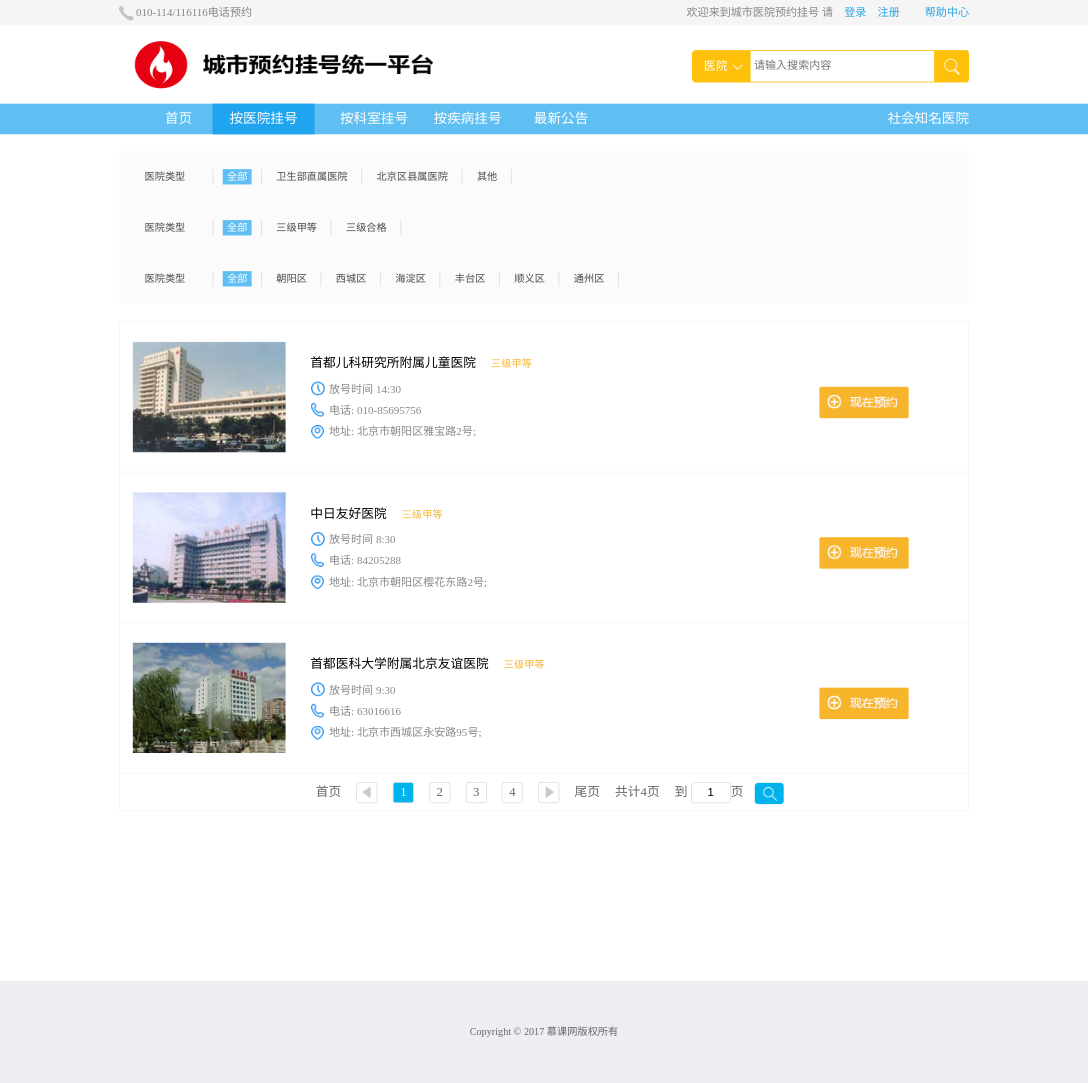
Repository: ScarApocalypse/study
Page: 挂号平台/hospital_detail.html
These files come from the project's save history. The page is drawn as it stood at one moment and after the next save; the edit follows.
The browser window is 1280 px wide. The pictures show the whole page, at 85% of full size.

Above is the page before, as saved 2019-01-22 21:34:04.

### 挂号平台/hospital_detail.html
<!DOCTYPE html>
<html lang="en">

<head>
    <meta charset="UTF-8">
    <title>城市预约挂号</title>
    <link rel="stylesheet" href="css/layout.css">
    <link rel="stylesheet" type="text/css" href="css/base.css">
    <link rel="stylesheet" type="text/css" href="css/ui.css">
    <link rel="stylesheet" href="css/hosptial.css">
    <script type="text/javascript" src="js/jquery-1.7.1.min.js"></script>
    <script type="text/javascript" src="js/data.js"></script>
    <script src="js/hosptial.js"></script>
</head>

<body>
    <!-- 顶部区域 -->
    <div id="top" class="top">
        <div class="wrap">
            <p class="call">010-114/116116电话预约</p>
            <p class="welcome">欢迎来到城市医院预约挂号&nbsp;请&nbsp;<a href="#">登录</a>
                <a href="#">注册</a>
                &nbsp;&nbsp;&nbsp;&nbsp;
                <a href="#">帮助中心</a>
            </p>

        </div>
    </div>
    <!-- 头部区域 -->
    <div id="header" class="header">
        <div class="wrap">
            <a href="index.html" class="logo">
                <img src="img/logo.png">
            </a>
            <div class="search ui-search">
                <div class="ui-search-selected">医院</div>
                <div class="ui-search-selected-list">
                    <a href="#">科室</a>
                    <a href="#">疾病</a>
                    <a href="#">医院</a>

                </div>
                <input class="ui-search-input" type="text" name="search-content" placeholder="请输入搜索内容">
                <a href="#" class="ui-search-submit"></a>
            </div>
        </div>
    </div>
    <!-- 导航栏区域 -->
    <div id="nav" class="nav">
        <div class="wrap">
            <a href="index.html" class="link">首页</a>
            <a href="hosptial.html" class="link link_focus">按医院挂号</a>
            <a href="#" class="link">按科室挂号</a>
            <a href="#" class="link">按疾病挂号</a>
            <a href="#" class="link">最新公告</a>
            <a href="#" class="link right">社会知名医院</a>
        </div>
    </div>
    <!-- 筛选区域 -->
    <div id="filter" class="filter wrap">
        <!-- 标题区域 -->
        <div class="group">
            <div class="caption">
                医院类型
                <a href="#" class="condition condition_focus">全部</a>

            </div>
            <a href="#" class="condition">卫生部直属医院</a>
            <a href="#" class="condition">北京区县属医院</a>
            <a href="#" class="condition">其他</a>
        </div>
        <div class="group">
            <div class="caption">
                医院类型
                <a href="#" class="condition condition_focus">全部</a>

            </div>
            <a href="#" class="condition">卫生部直属医院</a>
            <a href="#" class="condition">北京区县属医院</a>
            <a href="#" class="condition">其他</a>
        </div>
        <div class="group">
            <div class="caption">
                医院类型
                <a href="#" class="condition condition_focus">全部</a>

            </div>
            <a href="#" class="condition">卫生部直属医院</a>
            <a href="#" class="condition">北京区县属医院</a>
            <a href="#" class="condition">其他</a>
        </div>

    </div>
    <!-- 列表区域 -->
    <!-- 列表模板 -->
    <script type="text/template" id="template_datalist_ite">
        <div class="item">
            <div class="cover"><img src="[imgUrl]" alt=""></div>
            <div class="name">
                [name]
                <span class="level">[level]</span>
            </div>
            <div class="time">放号时间 [time]</div>
            <div class="phone">电话: [phone]</div>
            <div class="address">地址: [address];</div>
            <a href="#" class="button">&nbsp;</a>
        </div>
    </script>
    <div class="datalist wrap">
        <div class="item">
            <div class="cover"><img src="img/hospital-1.jpg" alt=""></div>
            <div class="name">
                首都医科大学附属北京同仁医院
                <span class="level">三级甲等</span>
            </div>
            <div class="time">放号时间 8:30</div>
            <div class="phone">电话: 010-1234567</div>
            <div class="address">地址:北京市东城区东交民巷1号(西区);</div>
            <a href="#" class="button">&nbsp;</a>
        </div>
        <div class="item">
            <div class="cover"><img src="img/hospital-1.jpg" alt=""></div>
            <div class="name">
                首都医科大学附属北京同仁医院
                <span class="level">三级甲等</span>
            </div>
            <div class="time">放号时间 8:30</div>
            <div class="phone">电话: 010-1234567</div>
            <div class="address">地址:北京市东城区东交民巷1号(西区);</div>
            <a href="#" class="button">&nbsp;</a>
        </div>
        <div class="item">
            <div class="cover"><img src="img/hospital-1.jpg" alt=""></div>
            <div class="name">
                首都医科大学附属北京同仁医院
                <span class="level">三级甲等</span>
            </div>
            <div class="time">放号时间 8:30</div>
            <div class="phone">电话: 010-1234567</div>
            <div class="address">地址:北京市东城区东交民巷1号(西区);</div>
            <a href="#" class="button">&nbsp;</a>
        </div>
    </div>
    <!-- 分页区域 -->
    <div class="pagination wrap">
        <a href="#0" class="item item_text item_first">首页</a>
        <a href="#0" class="item item_icon item_prev">&nbsp;</a>
        <span class="page_wrap">
            <a href="#1" class="item item_page">1</a>
            <a href="#1" class="item item_page item_page_focus">2</a>
            <a href="#1" class="item item_page">3</a>
        </span>
        <a href="#0" class="item item_icon item_next">&nbsp;</a>
        <a href="#0" class="item item_text item_last">尾页</a>
        <a href="#0" class="item item_count">共计3页</a>
        <span href="#0" class="item item_text">到
            <input type="text" class="input_page" name="input_page" value="1">页
            <input type="button" class="input_submit" value="">

        </span>

    </div>
    <!-- 页脚区域 -->
    <div id="footer" class="footer">
        Copyright &copy 2017 慕课网版权所有
    </div>
    <!-- 回到顶部 -->
    <!-- <a class="go-top" href="#"></a> -->
    <script type="text/javascript" src="js/ui.js"></script>
</body>

</html>

### 挂号平台/css/layout.css
*{
	margin:0;
	padding:0;
}
.clearfix:after{
	content:' ';
	display: block;
	height:0;
	line-height: 0;
	clear:both;
	zoom:1;
}
.wrap{
	width: 1000px;
	margin:0 auto;
	position: relative;
}
.top{
	height: 30px;
	background-color:#f5f5f5;
}
.header{
	height: 92px;
}
.nav{
	height: 36px;
	background-color:#60bff2;
}
.banner{
	width: 802px;
	margin:0 auto;
	height: 414px;
	padding:9px 0 0 198px;
}
.banner-slider{
	float: left;
	width: 544px;
	height: 414px;
	background-color: #8edff3;
}
.banner-search{
	float:right;
	width:250px;
	height:255px;
	background-color: #eee;
}
.banner-help{
	float: right;
	width: 250px;
	height: 146px;
	background-color: #ccc;
	margin-top:12px;
}
.content{
	padding:10px 0 38px 0;
}
.content-tab{
	float: left;
	width: 742px;
	height: 490px;
	background-color: #eee;
}
.content-close,
.content-news{
	float: right;
	width: 248px;
	height: 236px;
	border:1px solid #ccc;
}
.content-close{
	margin-top:12px;
	border-color:red;
}
.footer{
	height:70px;
	padding:25px;
	background-color: #eceef2;
}

### 挂号平台/css/base.css
p{
	display: inline-block;
}
a{
	text-decoration: none;
}
select,input{
	border:none;
	outline:none;
}
img{
	display: block;
}
/*top样式*/
.top{
	line-height: 30px;
	font-size:13px;
	color:#868686;
}
.top .call{
	float:left;
	padding-left:20px;
	background:url(../img/icon-call.png) no-repeat center left;
}
.top .welcome{
	float: right;
}
.top a{
	color:#2da5e1;
	padding-left:10px;
}
/*header样式*/
.header .logo{
	width: 402px;
	height: 74px;
	padding:9px 0;
	display: inline-block;
}
.header .logo img{
	width: 100%;
	height: 100%;
}
.header .search{
	width: 326px;
	height: 38px;
	position: absolute;
	right:0;
	top:29px;
	background-color: orange;
}
/*nav样式*/
.nav .link{
	display: inline-block;
	float:left;
	padding-left:30px;
	line-height: 36px;
	color:#fff;
	font-size:16px;
	min-width:80px;
	text-align: center;
}
.nav .right{
	float:right;
}
.nav .link_focus{
	color:#fff;
	background-color:#1fa4f0;
	padding:0 20px;
}
.nav a:hover{
	color:#d7f3ff;
}
.nav .menu{
	width: 130px;
	padding-right: 30px;
	background-color: #1fa4f0;
	position: relative;

}
.nav .menu .menu-list{
	position: absolute;
	background-color: #1fa4f0;
	width: 100%;
	height: 423px;
	left: 0;
	top:36px;

}
/*banner内样式*/
.banner-search{
	background-color: #fafafa
}
.banner-help .caption,
.banner-search .caption{
	height: 22px;
	padding:15px 0 15px 0;
	text-align: center;
}
.banner-help .caption .text,
.banner-search .caption .text{
	display: inline-block;
	height: 22px;
	line-height: 22px;
	padding-left:28px;
	color:#fec009;
	font-size:16px;
	background: url(../img/icon-help.png) no-repeat 0 0;
}

.banner-search .form{
	height: 150px;
}
.banner-search .form .line{
	padding-bottom:9px;
	text-align: center;
}
.banner-search .form .line select{
	width: 170px;
	font-size:12px;
	z-index:0;
	border:1px solid #dcdddd;
	height: 26px;
	line-height: 26px;
	padding:2px 0;
	border-radius: 5px;
	color:#666;
}
.banner-search .submit{
	height: 32px;
	text-align: center;
}
.banner-search .submit .button{
	width: 108px;
	height: 32px;
	background-color: #f3cd09;
	font-size: 14px;
	color:#fff;
	border-radius: 3px;
	cursor: pointer;
}
.banner-help{
	background-color: #fafafa;
}
.banner-help .caption .text{
	color:#00b3ea;
	background-position: 0 -23px;
}
.banner-help .link{
	color:#00b3ea;
	display: inline-block;
	width: 86px;
	height: 26px;
	line-height: 26px;
	font-size:14px;
	text-align: center;
	padding:0 0 8px 26px;
}
/*content样式*/

/*content新闻和停诊样式*/
.content-close,
.content-news{
	background-color:#fff;
	border:1px solid #f4f6fa;
}
.content-close .caption,
.content-news .caption{
	height:38px;
	line-height: 38px;
	background-color: #f4f6fa;
	text-indent:20px;
	color:#fec009;
	font-size:15px;
}
.content-close .more,
.content-news .more{
	float: right;
	padding-right: 22px;
	font-size:12px;
	color:#868686;
}
.content-close .list,
.content-news .list{
	padding: 15px 20px 13px 35px;
	line-height: 29px;
	font-size:12px;
	background: url(../img/list-yellow.jpg) 15px 22px no-repeat;
}
.content-close .list .link,
.content-news .list .link{
	display: block;
	color:#969696;
}

.content-close .caption{
	color:#4ab4ed;
}
.content-close .list{
	background: url(../img/list-blue.jpg) 15px 22px no-repeat;

}
/*tab样式*/
.content-tab{
	background: none;
}
.content-tab .caption{
	height: 34px;
	line-height: 34px;
	background-color: #f5f6fa;
}
.content-tab .caption .item{
	display: block;
	width: 112px;
	height: 34px;
	text-align: center;
	float: left;
	color:#00b3ea;
}
.content-tab .caption .item_focus{
	background-color: #60bff2;
	color:#fff;
}
.content .block{
	border:1px solid #f4f6fa;
	height: 452px;
}
.content-tab .block-caption{
	height: 26px;
	line-height: 26px;
	padding:8px;
	border-bottom:1px solid #f4f6fa;
}
.content-tab .block-caption-item{
	display: inline-block;
	padding:0 10px 0 10px;
	font-size:12px;
	color:#4c4948;
}
.content-tab .block-caption-item_focus{
	background-color: #60bff2;
	color:#fff;
}
.content-tab .block-content{
	padding:16px 12px;
}
.content-tab .block-content .block-list .item{
	float: left;
	width:216px;
	height: 102px;
	padding:0 20px 10px 120px;
	position: relative;
	font-size:12px;
}
.content-tab .block-content .block-list .item img{
	width: 110px;
	height: 98px;
	position: absolute;
	left:0;
	top:0;
}
.content-tab .block-content .block-list .item-name{
	color:#036eb7;
	font-size:14px;
	line-height: 21px;
	padding-top:13px;
}
.content-tab .block-content .block-list .item-level{
	float: right;
	font-size:12px;
	color:#979797;
}
.content-tab .block-content .block-list .item-phone,
.content-tab .block-content .block-list .item-address{
	/*font-size:12px;*/
	line-height: 18px;
	padding-bottom:4px;
	color:#666;
}
/*tab文案列表样式*/
.content-tab .block-content .block-text-list{

}
.content-tab .block-content .block-text-list .item{
	width: 351px;
	height: 27px;
	display: block;
	font-size:14px;
	color:#666;
	padding-top:8px;
	float: left;
	border-bottom:1px dashed #dcdddd;

}
.content-tab .block-content .block-text-list .item:nth-child(2n){
	margin-left:13px;
}
.content-tab .block-content .block-text-list .item .level{
	float: right;
	padding-right:10px;
}
.content-tab .block-content .block-more{
	display: block;
	line-height: 55px;
	text-align: center;
	color:#5084c4;
	font-size:14px;
}
/*页脚样式*/
.footer{
	line-height: 70px;
	text-align: center;
	font-size:12px;
	color:#666;
}
.go-top{
	display: block;
	position: fixed;
	width: 40px;
	height: 40px;
	right:2px;
	bottom:2px;
	z-index:99;
	color:#fff;
	background: rgb(102,102,102) url(../img/icon-go-up.png) center no-repeat;
	/*background: red;*/
}
.go-top:hover{
	background: rgb(102,102,102);
}
.go-top:hover:after{
	content:'回到顶部';
	display: block;
	line-height: 20px;
	text-align: center;
}

### 挂号平台/css/ui.css
/*ui-search搜索*/
.ui-search {
	background: url(../img/ui-search.jpg);
	font-size: 14px;
	color: #fff;
	position: relative;
}

.ui-search-selected {
	width: 70px;
	height: 38px;
	line-height: 38px;
	position: absolute;
	left: 0;
	top: 0;
	text-indent: 14px;
}

.ui-search-selected-list {
	display: none;
	position: absolute;
	width: 67px;
	line-height: 24px;
	background-color: #fff;
	box-shadow: 3px 3px 5px rgba(0, 0, 0, .2);
	left: 2px;
	top: 36px;
	z-index: 2;
}

.ui-search-selected-list a {
	display: block;
	text-align: center;
	color: #a5a2a2;
}

.ui-search-selected-list a:hover {
	background-color: #ebeef5;
}

.ui-search-input {
	width: 208px;
	height: 26px;
	position: absolute;
	top: 5px;
	left: 73px;
	line-height: 26px;
	font-size: 13px;
	color: #a5a2a2;
}

.ui-search-submit {
	display: block;
	position: absolute;
	right: 0;
	top: 1px;
	width: 40px;
	height: 36px;
}

/* ui-menu分类菜单 */
.ui-menu{}
.ui-menu-item{
	height: 22px;
	line-height: 22px;
	padding:8px 5px 9px 6px;
	/* margin-left:2px; */
	/* position: relative; */
}
.ui-menu-item:hover{
	background: #fff;
}
.ui-menu-item-department{
	float: left;
	height: 22px;
	line-height: 22px;
	position: relative;
	padding-left:30px;
	font-size:14px;
	color:#fff;
}
.ui-menu-item-department:before{
	content:'';
	display:block;
	width: 22px;
	height: 21px;
	position: absolute;
	left:0;
	top:1px;
	background:url('../img/icon-menu.jpg') -22px 0 no-repeat;
}
.ui-menu-item:nth-child(2) .ui-menu-item-department:before{
	background-position-y:-22px;
}
.ui-menu-item:nth-child(3) .ui-menu-item-department:before{
	background-position-y:-66px;
}
.ui-menu-item-disease{
	font-size: 12px;
	float:right;
	padding-left:5px;
	color:#d7f3ff
}
.ui-menu-item:hover .ui-menu-item-department:before{
	background-position-x: 0;
}
.ui-menu-item:hover .ui-menu-item-department{
	color:#333;
}
.ui-menu-item:hover .ui-menu-item-disease{
	color:#868686;
}
.ui-menu-item:hover .ui-menu-item-detail{
	display: block;
}
.ui-menu-item-detail{
	display:none;
	position: absolute;
	width: 500px;
	height: 393px;
	padding:20px 10px 10px 29px;
	background:#fff url(../img/bg-menu.jpg) center no-repeat;
	top:0;
	left:190px;
	box-shadow:5px 5px 2px rgba(0,0,0,.1);
	z-index:9;

}
.ui-menu-item-detail-group{
	padding-bottom:20px;
	text-align: left;


}
.ui-menu-item-detail-group-caption{
	width: 100%;
	display:block;
	color:#666;
	font-size:16px;
	font-weight:bold;
	line-height: 34px;
	height: 34px;
}
.ui-menu-item-detail-group-list{
	line-height: 23px;
}
.ui-menu-item-detail-group-list a{
	display: inline-block;
	color:#868686;
	margin-right:8px;
	font-size:12px;
	padding-bottom:5px;
}
.ui-menu-item-detail-group-list a:after{
	content:'|';
	color:#eee;
	padding-left:8px;
}
/* ui-slider组件 */
.ui-slider{
	width: 544px;
	height: 414px;
	position: relative;
	overflow: hidden;
}
.ui-slider-wrap{
	width: 99999px;
	height: 414px;
	position: absolute;
	left:0;
	right:0;
	transition:all .5s;
}
.ui-slider-wrap .item{
	display: block;
	float:left;
	width: 544px;
	height: 414px;
}
.ui-slider-arrow{
	width: 544px;
	height: 40px;
	position: absolute;
	/* background: #000;	 */
	top:50%;
	transform: translateY(-50%);
}
.ui-slider-arrow .item{
	display: block;
	width: 40px;
	height: 40px;
	position: absolute;
	top:0;
	background: url(../img/ui-slider-arrow.png) no-repeat;
}
.ui-slider-arrow .left{
	left:0;
}
.ui-slider-arrow .right{
	right:0;
	background-position: -40px 0;
}
.ui-slider-process{
	width: 544px;
	height: 12px;
	text-align: center;
	position: absolute;
	left:0;
	bottom:20px;
}
.ui-slider-process .item{
	display: inline-block;
	width: 16px;
	height: 16px;
	background:url(../img/ui-slider-process.png) no-repeat;

}
.ui-slider-process .item_focus,
.ui-slider-process .item:hover{
	background-position: -23px 0;
}
/* 回到顶部 */
.ui-backTop{
	display: none;
	position: fixed;
	right:2px;
	bottom: 2px;
	z-index: 9;
	width: 40px;
	height: 40px;
	color: #fff;
	background:rgba(102,102,102,.9) url(../img/icon-go-up.png) center no-repeat;
}
.ui-backTop:hover{
	background: rgba(102,102,102,.9);
}
.ui-backTop:hover:after{
	content:'回到顶部';
	display: block;
	line-height: 20px;
	text-align: center;
}

### 挂号平台/css/hosptial.css
/* 筛选区域 */
.filter{
    min-height: 100px;
    background-color: #fbfbfb;
    margin:20px auto;
}
.filter .group{
    padding:15px 60px 15px 180px;
    color:#4c4948;
    font-size:12px;
    line-height: 18px;
    min-height:30px;
    position: relative;
}
.filter .group .caption{
    position: absolute;
    left: 30px;
    top: 21px;
    width: 150px;
}
.filter .group .condition{
   color:#4c4948;
   display: inline-block;
   position: relative;
   margin:6px 24px 6px 0px;
   padding:0 5px;
}
.filter .group .caption .condition{
    position: absolute;
    right:0;
    top: -6px;
}
.filter .group .caption .condition::before,
.filter .group .condition::after{
    content:'';
    display: block;
    width: 1px;
    height: 18px;
    background: #dcdddd;
    position: absolute;
    top:0;
    right:-12px;
}
.filter .group .caption .condition::before{
    left:-12px;
}
.filter .group .condition_focus,
.filter .group .condition:hover{
    color:#fff;
    background-color:#60bff2;
}
/* 医院列表 */
.datalist .item{
    height: 130px;
    padding:23px 0 23px 224px;
    border:1px solid #f4f6fa;
    border-bottom:none;
    position: relative;
}
.datalist .item .cover{
    width: 180px;
    height: 130px;
    position: absolute;
    overflow: hidden;
    left: 15px;
    top: 23px;
}
.datalist .item:hover{
    background-color:#f5fcff;
}
.data .item .cover img{
    width: 100%;
    height: 100%;
}
.datalist .item .name{
    padding:13px 0;
    color:#000;
    font-size:15px;
}
.datalist .item .name .level{
    padding:0 2px 0 14px;
    color:#f7b52c;
    font-size: 12px;
}
.datalist .item .address,
.datalist .item .phone,
.datalist .item .time{
    margin-bottom:8px;
    font-size: 13px;
    color:#888;
    line-height: 17px;
    padding-left:22px;
    background: url(../img/icon-tel.png) no-repeat;
    background-position: 1px -36px;
}
.datalist .item .phone{
    background-position: 1px 0;
}
.datalist .item .address{
    background-position: 1px -17px;
}
.datalist .item .button{
    position: absolute;
    width: 105px;
    height: 37px;
    right: 70px;
    top:76px;
    display: block;
    background:url(../img/button-now.png) no-repeat  center left;
}
.datalist .item .button:hover{
    background-position: center right;
}
/* 分页区域 */
.pagination{
    height: 45px;
    line-height: 25px;
    border:1px solid #f4f6fa;
    text-align: center;
    color:#666;
    font-size:15px;
    margin-bottom:200px;
    padding:10px 0;
    box-sizing: border-box;
}
.pagination .item{
    margin-left:14px;
    color:#666;
    display: inline-block;
}
.pagination .item_icon:hover{
    background-color: #00b3ec;
}
.pagination .item_icon{
    background:url(../img/icon-pagination-arrow.png) no-repeat;
}
.pagination .item_prev{
    background-position: 6px -15px;
}
.pagination .item_prev:hover{
    background-position: -20px -15px;
}
.pagination .item_next{
    background-position: 8px 4px;
}
.pagination .item_next:hover{
    background-position: -18px 4px;
}
.pagination .input_page,
.pagination .item_page,
.pagination .item_icon{
    display: inline-block;
    width: 23px;
    height: 23px;
    line-height: 23px;
    border:solid 1px #dcdddd;
    border-radius:3px;
}
.pagination .item_page_focus{
    background:#00b3ec;
    color:#fff
}
.pagination .input_page{
    width: 45px;
    text-align: center;
}
.pagination .input_submit{
    width: 34px;
    height: 25px;
    display: inline-block;
    margin-left:10px;
    background:url(../img/icon-pagination-go.png);
    vertical-align:middle;
    cursor: pointer;
}

Loaded but not shown: 挂号平台/js/jquery-1.7.1.min.js (library); 挂号平台/js/hosptial.js (145 lines, source omitted); 挂号平台/js/data.js (172 lines, source omitted); 挂号平台/js/ui.js (164 lines, source omitted)

After the next save:
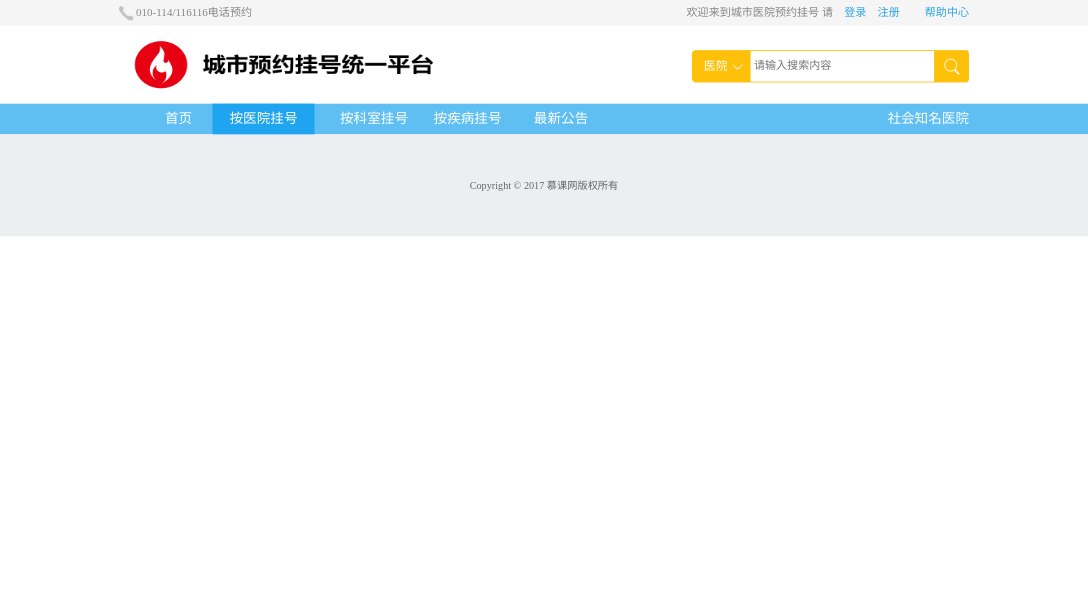
Saved 20 s later.
--- a/挂号平台/hospital_detail.html
+++ b/挂号平台/hospital_detail.html
@@ -56,110 +56,7 @@
             <a href="#" class="link right">社会知名医院</a>
         </div>
     </div>
-    <!-- 筛选区域 -->
-    <div id="filter" class="filter wrap">
-        <!-- 标题区域 -->
-        <div class="group">
-            <div class="caption">
-                医院类型
-                <a href="#" class="condition condition_focus">全部</a>
 
-            </div>
-            <a href="#" class="condition">卫生部直属医院</a>
-            <a href="#" class="condition">北京区县属医院</a>
-            <a href="#" class="condition">其他</a>
-        </div>
-        <div class="group">
-            <div class="caption">
-                医院类型
-                <a href="#" class="condition condition_focus">全部</a>
-
-            </div>
-            <a href="#" class="condition">卫生部直属医院</a>
-            <a href="#" class="condition">北京区县属医院</a>
-            <a href="#" class="condition">其他</a>
-        </div>
-        <div class="group">
-            <div class="caption">
-                医院类型
-                <a href="#" class="condition condition_focus">全部</a>
-
-            </div>
-            <a href="#" class="condition">卫生部直属医院</a>
-            <a href="#" class="condition">北京区县属医院</a>
-            <a href="#" class="condition">其他</a>
-        </div>
-
-    </div>
-    <!-- 列表区域 -->
-    <!-- 列表模板 -->
-    <script type="text/template" id="template_datalist_ite">
-        <div class="item">
-            <div class="cover"><img src="[imgUrl]" alt=""></div>
-            <div class="name">
-                [name]
-                <span class="level">[level]</span>
-            </div>
-            <div class="time">放号时间 [time]</div>
-            <div class="phone">电话: [phone]</div>
-            <div class="address">地址: [address];</div>
-            <a href="#" class="button">&nbsp;</a>
-        </div>
-    </script>
-    <div class="datalist wrap">
-        <div class="item">
-            <div class="cover"><img src="img/hospital-1.jpg" alt=""></div>
-            <div class="name">
-                首都医科大学附属北京同仁医院
-                <span class="level">三级甲等</span>
-            </div>
-            <div class="time">放号时间 8:30</div>
-            <div class="phone">电话: 010-1234567</div>
-            <div class="address">地址:北京市东城区东交民巷1号(西区);</div>
-            <a href="#" class="button">&nbsp;</a>
-        </div>
-        <div class="item">
-            <div class="cover"><img src="img/hospital-1.jpg" alt=""></div>
-            <div class="name">
-                首都医科大学附属北京同仁医院
-                <span class="level">三级甲等</span>
-            </div>
-            <div class="time">放号时间 8:30</div>
-            <div class="phone">电话: 010-1234567</div>
-            <div class="address">地址:北京市东城区东交民巷1号(西区);</div>
-            <a href="#" class="button">&nbsp;</a>
-        </div>
-        <div class="item">
-            <div class="cover"><img src="img/hospital-1.jpg" alt=""></div>
-            <div class="name">
-                首都医科大学附属北京同仁医院
-                <span class="level">三级甲等</span>
-            </div>
-            <div class="time">放号时间 8:30</div>
-            <div class="phone">电话: 010-1234567</div>
-            <div class="address">地址:北京市东城区东交民巷1号(西区);</div>
-            <a href="#" class="button">&nbsp;</a>
-        </div>
-    </div>
-    <!-- 分页区域 -->
-    <div class="pagination wrap">
-        <a href="#0" class="item item_text item_first">首页</a>
-        <a href="#0" class="item item_icon item_prev">&nbsp;</a>
-        <span class="page_wrap">
-            <a href="#1" class="item item_page">1</a>
-            <a href="#1" class="item item_page item_page_focus">2</a>
-            <a href="#1" class="item item_page">3</a>
-        </span>
-        <a href="#0" class="item item_icon item_next">&nbsp;</a>
-        <a href="#0" class="item item_text item_last">尾页</a>
-        <a href="#0" class="item item_count">共计3页</a>
-        <span href="#0" class="item item_text">到
-            <input type="text" class="input_page" name="input_page" value="1">页
-            <input type="button" class="input_submit" value="">
-
-        </span>
-
-    </div>
     <!-- 页脚区域 -->
     <div id="footer" class="footer">
         Copyright &copy 2017 慕课网版权所有
